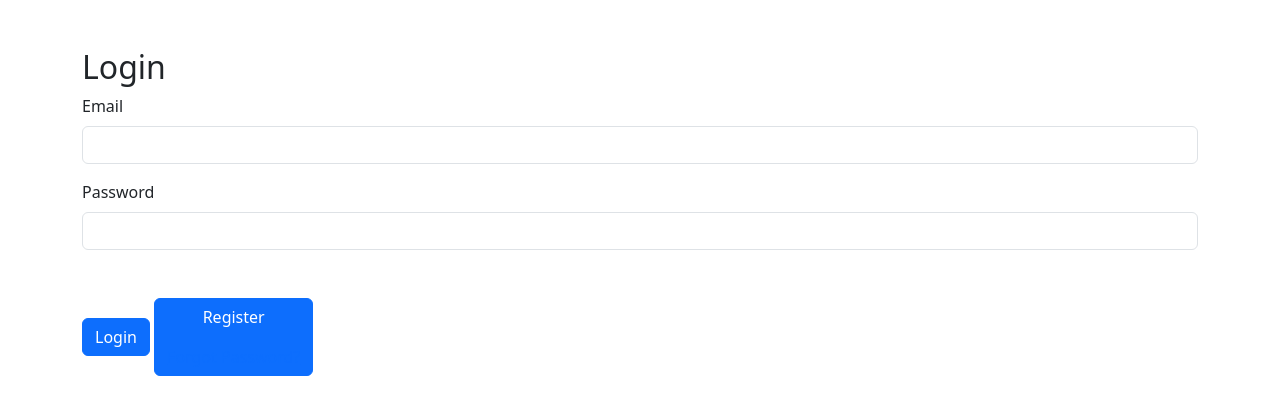
Repository: Abdulahi338/Authentication-using-laravel-11
Page: http://localhost/login
The author's editor kept a copy of each file at every save. The page is drawn from the files as they stood at one save, then again after a run of saves.
The browser window is 1280 px wide. The pictures show the whole page.
The page is served by the project's Laravel application, run on PHP 8.4 with Laravel 12.

Above is the page before, as saved 2024-09-25 10:12:31.

After the next 2 saves:
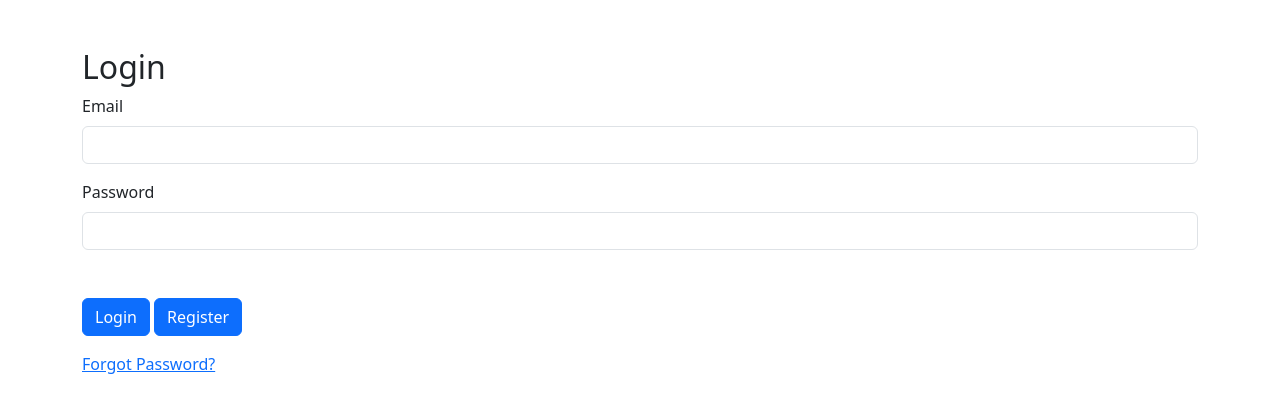
The 2 saves are shown as one change because they came seconds apart.
The last was saved 22 s later.
--- a/resources/views/auth/login.blade.php
+++ b/resources/views/auth/login.blade.php
@@ -36,7 +36,7 @@
                 <input type="password" class="form-control" id="password" name="password" required>
             </div>
             <button type="submit" class="btn btn-primary">Login</button>
-            <button type="submit" class="btn btn-primary"><a class="nav-link" href="{{ url('/register') }}">Register</a>
+            <button type="submit" class="btn btn-primary"><a class="nav-link" href="{{ url('/register') }}">Register</a></button>
                 <div class="mt-3">
                     <a href="{{ route('password.request') }}">Forgot Password?</a>
                 </div>
